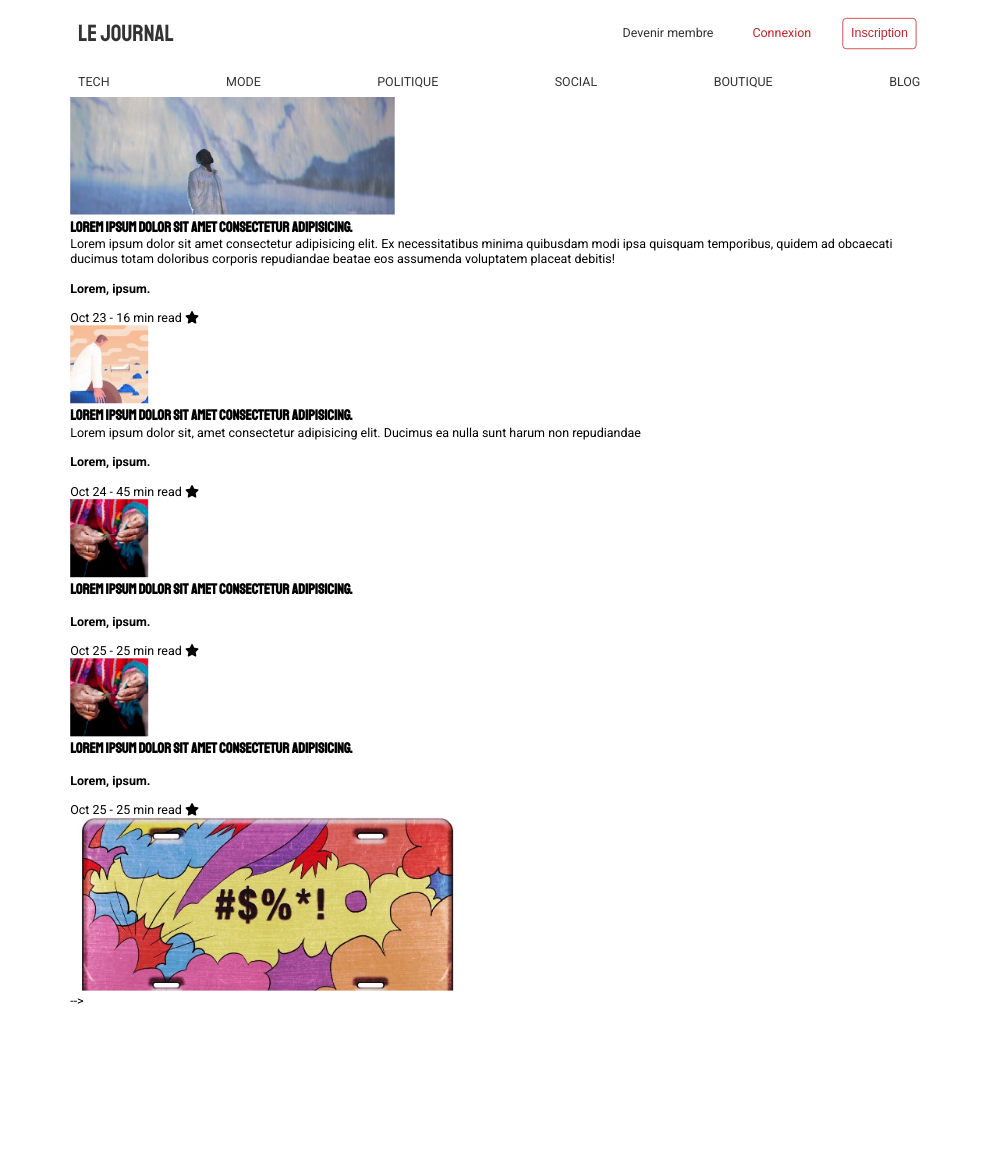
Repository: AmelYahyaoui/journal
Page: index.html
An editor plug-in stored every save of this project. The page is shown before and after the next save, followed by the edit.
The browser window is 1280 px wide. The pictures show the whole page, at 78% of full size.
Some web libraries are served in a nearby version.

Above is the page before, as saved 2024-10-08 14:06:13.

### index.html
<!DOCTYPE html>
<html lang="en">
<head>
  <meta charset="UTF-8">
  <meta name="viewport" content="width=device-width, initial-scale=1.0">
  <link rel="stylesheet" href="./css/style.css">
  <!-- font awesome pour les icons -->
  <script src="https://kit.fontawesome.com/86cd9e8130.js" crossorigin="anonymous"></script>
  <link rel="stylesheet" media="only screen and (max-width:500px)"  href="./css/style.mobile.css">
  <!-- googl fonts(font family on deux:staatliches et roboto) -->
  <link href="https://fonts.googleapis.com/css2?family=Staatliches&display=swap" rel="stylesheet">
  <link href="https://fonts.googleapis.com/css2?family=Roboto:ital,wght@0,100;0,300;0,400;0,500;0,700;0,900;1,100;1,300;1,400;1,500;1,700;1,900&family=Staatliches&display=swap" rel="stylesheet">
  <title>Journal | Acceuil</title>
</head>
<body>
  <div class="container">
    <header>
      <a href="#" class="logo">le journal</a>
       <ul>
        <li><a href="">Devenir membre</a></li>
        <li><a class="text-primary" href="">Connexion</a></li>
        <li><button class="btn btn-light" href="">Inscription</></li>
       </ul>
      </header>

      <nav>
        <a href="#">TECH</a>
        <a href="#">MODE</a>
        <a href="#">POLITIQUE</a>
        <a href="#">SOCIAL</a>
        <a href="#">BOUTIQUE</a>
        <a href="#">BLOG</a>
      </nav>


   <section class="">
    <article class="partie1">
      <img src="img/img/bloc-1.jpeg" alt="">
      <h3>Lorem ipsum dolor sit amet consectetur adipisicing.</h3>
      <p>Lorem ipsum dolor sit amet consectetur adipisicing elit. Ex necessitatibus minima quibusdam modi ipsa quisquam temporibus, quidem ad obcaecati ducimus totam doloribus corporis repudiandae beatae eos assumenda voluptatem placeat debitis!</p>
      <br>
      <p><b>Lorem, ipsum.</b></p>
      <br>
      <p>
        Oct 23 - 16 min read
        <icon>
          <i class="fa-sharp fa-solid fa-star"></i>
        </icon>
      </p>
    </article>
     <article class="">
      <img src="img/img/bloc-2.jpeg" alt="">
      <h3>Lorem ipsum dolor sit amet consectetur adipisicing.</h3>
      <p>Lorem ipsum dolor sit, amet consectetur adipisicing elit. Ducimus ea nulla sunt harum non repudiandae</p>
      <br>
      <p><b>Lorem, ipsum.</b></p>
      <br>
      <p>
        Oct 24 - 45 min read
        <icon>
          <i class="fa-sharp fa-solid fa-star"></i>
        </icon>
      </p>
    </article>
    <article class="">
      <img src="img/img/bloc-3.jpeg" alt="">
      <h3>Lorem ipsum dolor sit amet consectetur adipisicing.</h3>
      <br>
      <p><b>Lorem, ipsum.</b></p>
      <br>
      <p>
        Oct 25 - 25 min read
        <icon>
          <i class="fa-sharp fa-solid fa-star"></i>
        </icon>
    </article>
    <article class="">
      <img src="img/img/bloc-3.jpeg" alt="">
      <h3>Lorem ipsum dolor sit amet consectetur adipisicing.</h3>
      <br>
      <p><b>Lorem, ipsum.</b></p>
      <br>
      <p>
        Oct 25 - 25 min read
        <icon>
          <i class="fa-sharp fa-solid fa-star"></i>
        </icon>
    </article>
    <article class="">
      <img src="img/img/bloc-5.jpeg" alt="">
      <h3></h3>
      <p></p>
      <p></p>
      <p></p>
      <icons></icons>
    </article> -->
  </section>

  </div>
</body>
</html>

### css/style.css
/* & reset */
* {
  margin: 0;
  padding: 0;
  box-sizing: border-box;
}

/* ^ general  */
/* def pour color */
:root {
  --primary: #be2529;
  --dark: #333;
  --secondary: #0d0d0d;
  --gray: #ddd;
  --gray-light: #eee;
  --gray-hint: #555;

}

/* pour tout html */
:root {
  font-size: 62.5%;
}

body {
  font-family: "Roboto", sans-serif;
  font-size: 1.6rem;

}

h1,
h2,
h3,
h4,
h5,
h6 {
  font-family: "Staatliches", cursive;
}

a {
  font-size: 1.6rem;
  color: var(--dark);
  text-decoration: none;
}

ul {
  list-style: none;
}

/* ~ utility */
.container {
  display: block;
  margin: auto;
  max-width: 1100px;
  height: 1500px;
}

.text-primary {
  color: var(--primary);
}

/* hover simple */
.text-primary:hover {
  opacity: 0.8;
}

.btn {
  font-size: 1.6rem;
  padding: 1rem 1rem;
  border-radius: 0.5rem;
  cursor: pointer;
  border: 0px;
  -webkit-border-radius: 0.5rem;
  -moz-border-radius: 0.5rem;
  -ms-border-radius: 0.5rem;
  -o-border-radius: 0.5rem;
  transition: 0.2s;
  -webkit-transition: 0.2s;
  -moz-transition: 0.2s;
  -ms-transition: 0.2s;
  -o-transition: 0.2s;
}

.btn-light {
  background: white;
  border: 1px solid var(--primary);
  color: var(--primary);
}

.btn-light:hover {
  background: var(--primary);
  color: white
}


/* ~ Header */

header {
  display: grid;
  grid-template-columns: 1fr auto;
  place-items: center start;
  line-height: 3.5rem;
  margin: 0.5rem auto;
}

header .logo {
  font-size: 3rem;
  font-family: "Staatliches", cursive;
}

header a {
  display: block;
  padding: 1rem;
}

header ul {
  display: flex;
  align-items: center;
}

header ul li {
  padding: 1rem 1.5rem;
}

/* ^ Navbar */
nav{
  display: flex;
  padding: 1rem;
  justify-content:space-between;
  position: sticky;
  top:0;
  background:#FFFFFF;
}

Loaded but not shown: css/style.mobile.css (no stored copy; drawn as an empty file)

After the next save:
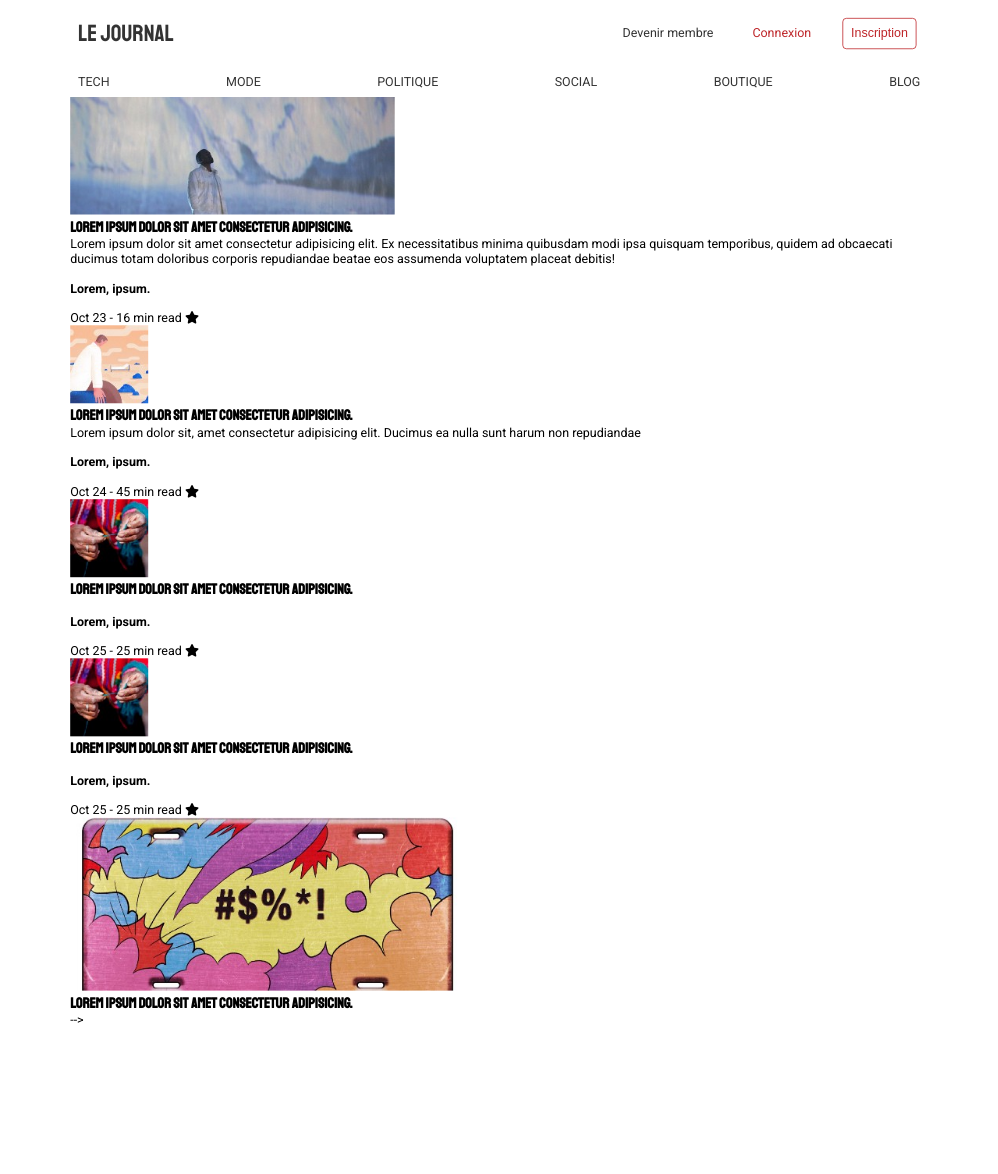
Saved 13 s later.
--- a/index.html
+++ b/index.html
@@ -88,7 +88,7 @@
     </article>
     <article class="">
       <img src="img/img/bloc-5.jpeg" alt="">
-      <h3></h3>
+      <h3>Lorem ipsum dolor sit amet consectetur adipisicing.</h3>
       <p></p>
       <p></p>
       <p></p>
